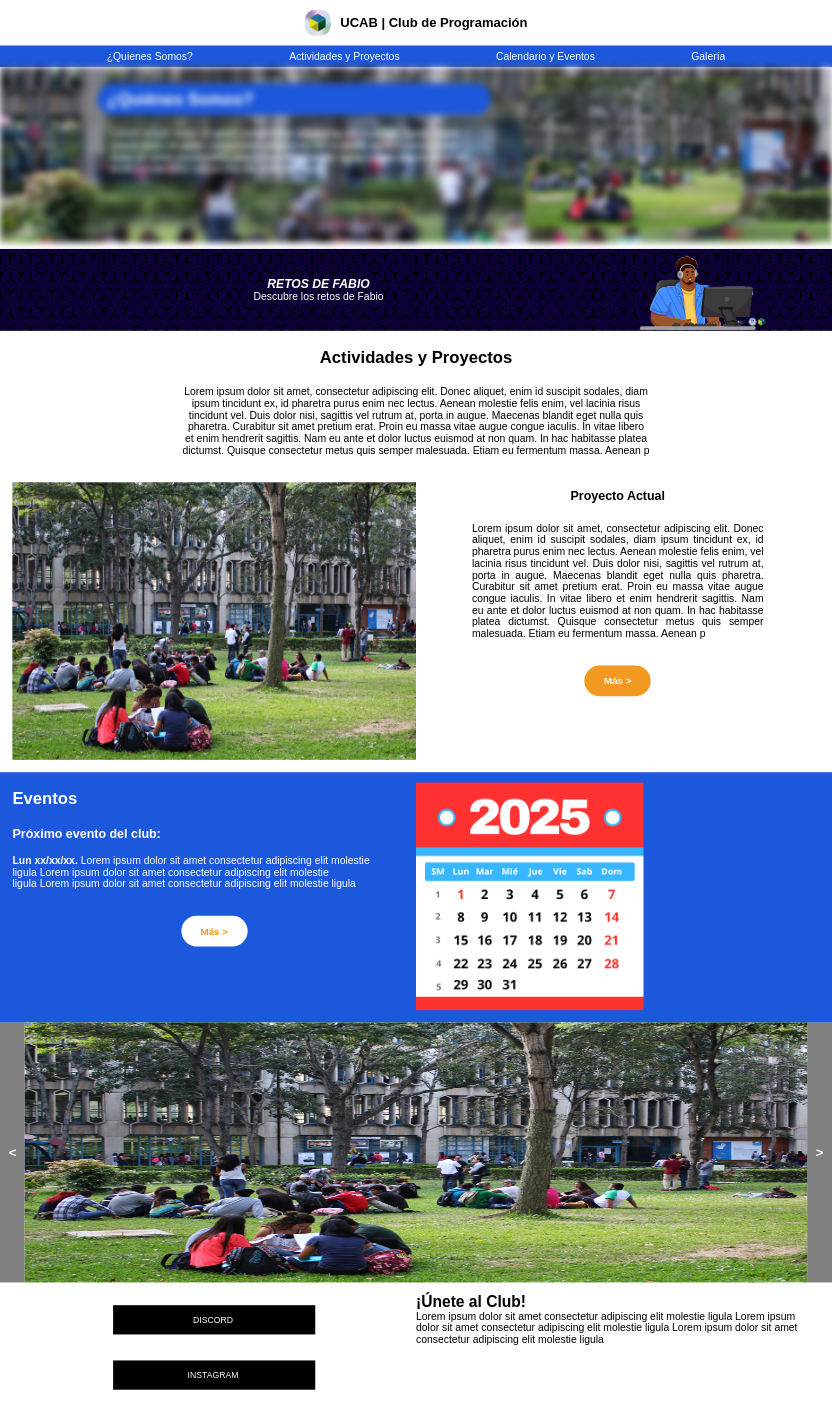
Repository: LuisR404/LandingPage
Page: Pages/QuienesSomos.html
The author's editor kept a copy of each file at every save. The page is drawn from the files as they stood at one save, then again after the next save.
The browser window is 1280 px wide. The pictures show the whole page, at 65% of full size.

Above is the page before, as saved 2025-11-19 10:34:20.

After the next save:
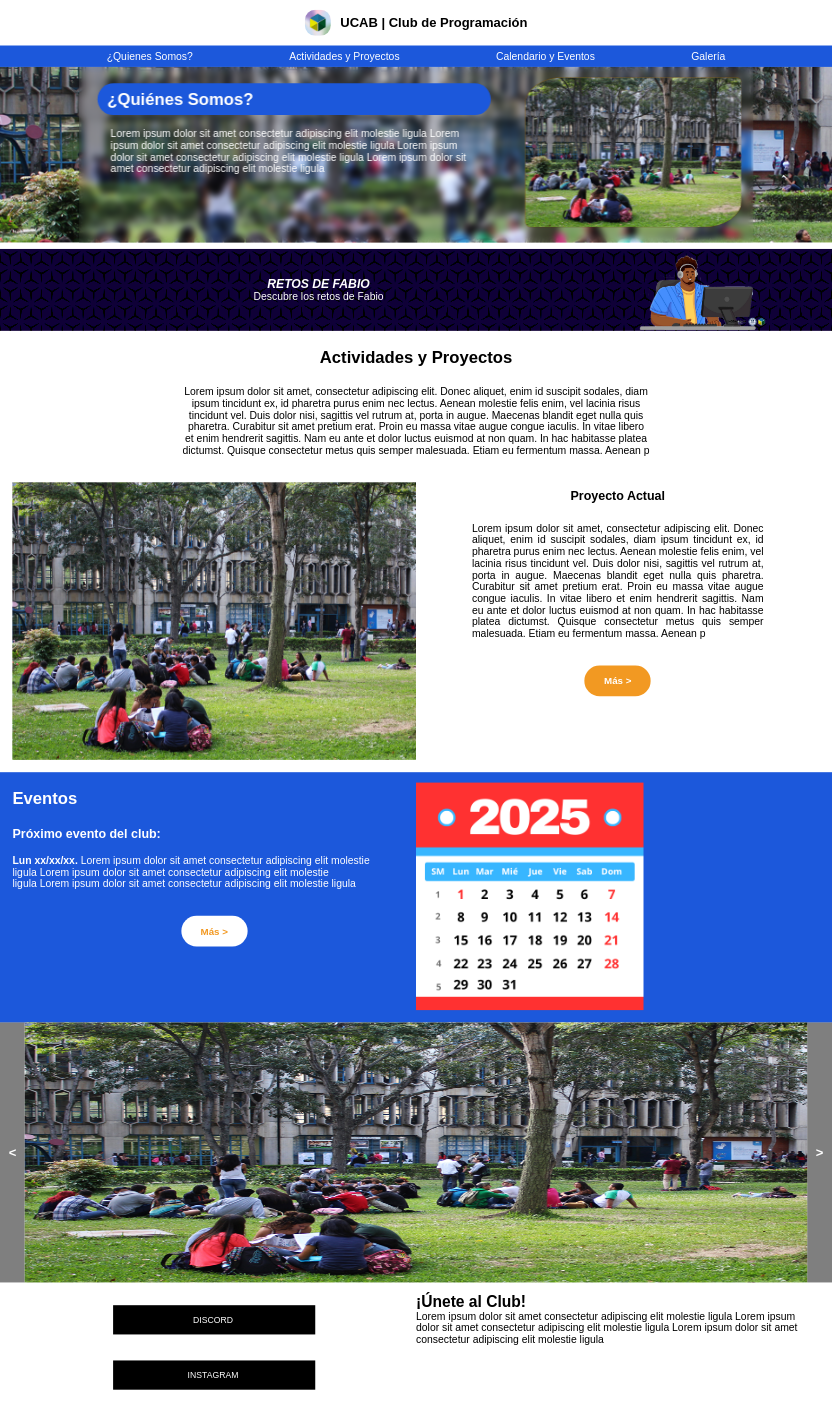
Saved 6 s later.
--- a/Styles/QuienesSomos.css
+++ b/Styles/QuienesSomos.css
@@ -7,7 +7,6 @@
     width: 100%;
 
     background-image: url(../resources//test_img.jpg);
-    filter: blur(5px);
     background-position: center;
     background-size: 100%;
     background-color: grey;
